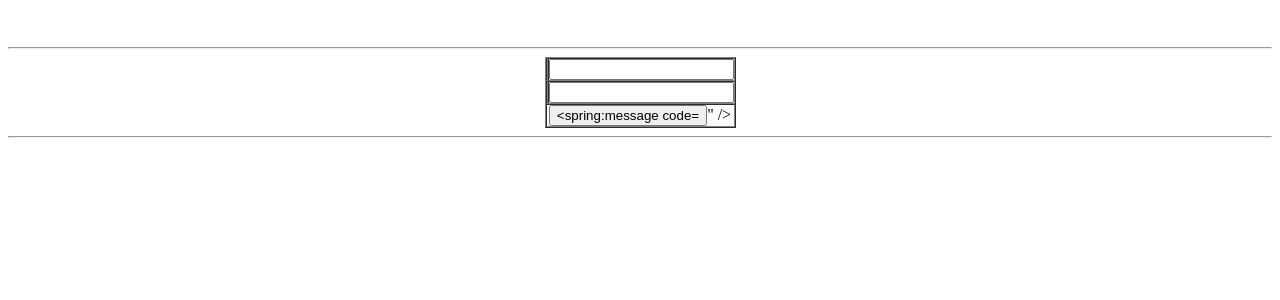
Repository: Dev-Aria/WebStudy
Page: http://localhost/BoardWeb/login.jsp
The author's editor kept a copy of each file at every save. The page is drawn from the files as they stood at one save, then again after the next save.
The browser window is 1280 px wide. The pictures show the whole page.
The page is served by Tomcat 9. Other server files are loaded and not shown.

Above is the page before, as saved 2018-05-02 18:16:59.

### workspace_sts/BoardWeb/src/main/webapp/login.jsp
<%@page contentType="text/html; charset=EUC-KR"%>

<!DOCTYPE html PUBLIC "-//W3C//DTD HTML 4.01 Transitional//EN"
                      "http://www.w3.org/TR/html4/loose.dtd">
<html>
<head>
<meta http-equiv="Content-Type" content="text/html; charset=EUC-KR">
<title>로그인</title>
</head>
<body>
	<center>
		<h1>
			<spring:message code="message.user.login.title" />
		</h1>
		<a href="login.do?lang=en"><spring:message code="message.user.login.language.en" /></a>&nbsp;&nbsp;
		<a href="login.do?lang=ko"><spring:message code="message.user.login.language.ko" /></a>
		<hr>
		<form action="login.do" method="post">
			<table border="1" cellpadding="0" cellspacing="0">
				<tr>
					<td bgcolor="orange"><spring:message code="message.user.login.id" /></td>
					<td><input type="text" name="id" value="${user.id }" /></td>
				</tr>
				<tr>
					<td bgcolor="orange"><spring:message code="message.user.login.password" /></td>
					<td><input type="password" name="password" value="${user.password }" /></td>
				</tr>
				<tr>
					<td colspan="2" align="center">
						<input type="submit" value="<spring:message code="message.user.login.loginBtn"/>" />
					</td>
				</tr>
			</table>
		</form>
		<hr>
	</center>
</body>
</html>

After the next save:
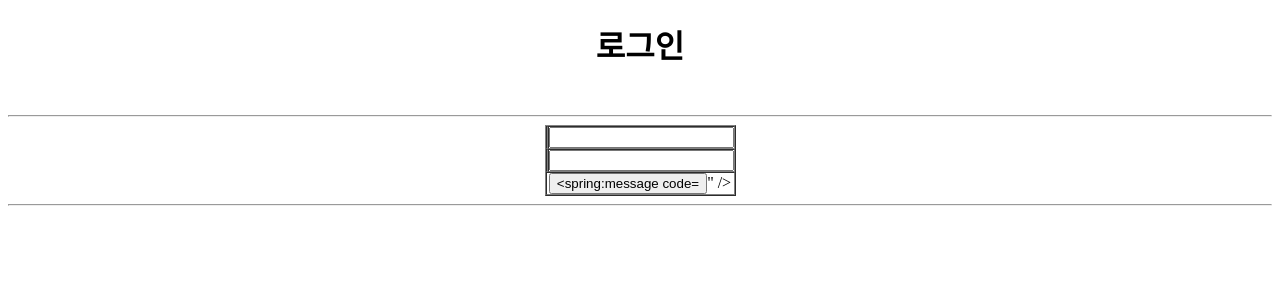
Saved 35 s later.
--- a/workspace_sts/BoardWeb/src/main/webapp/login.jsp
+++ b/workspace_sts/BoardWeb/src/main/webapp/login.jsp
@@ -9,9 +9,7 @@
 </head>
 <body>
 	<center>
-		<h1>
-			<spring:message code="message.user.login.title" />
-		</h1>
+		<h1>로그인</h1>
 		<a href="login.do?lang=en"><spring:message code="message.user.login.language.en" /></a>&nbsp;&nbsp;
 		<a href="login.do?lang=ko"><spring:message code="message.user.login.language.ko" /></a>
 		<hr>
